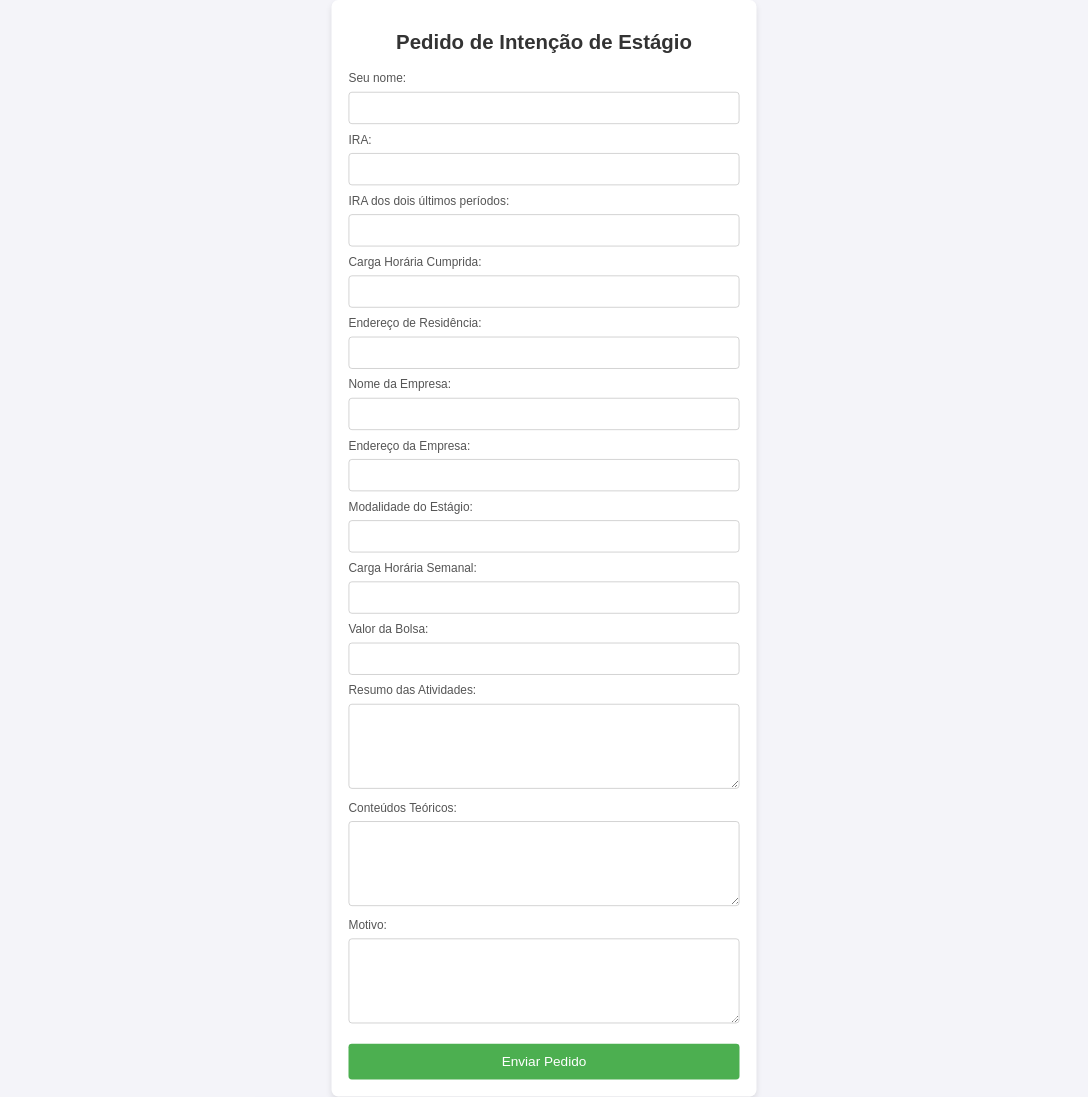
Repository: CronosUchoa/ArqSoft
Page: http://localhost/PedidoIntencaoNovoEstagioRDG/WEB-INF/JSPS/index.jsp
An editor plug-in stored every save of this project. The page is shown before and after the next save, followed by the edit.
The browser window is 1280 px wide. The pictures show the whole page, at 85% of full size.
The page is served by Tomcat 9. Nobody is signed in. The template is opened directly, without the code that normally fills it, so the values that code supplies are empty.

Above is the page before, as saved 2024-11-26 11:36:42.

After the next save:
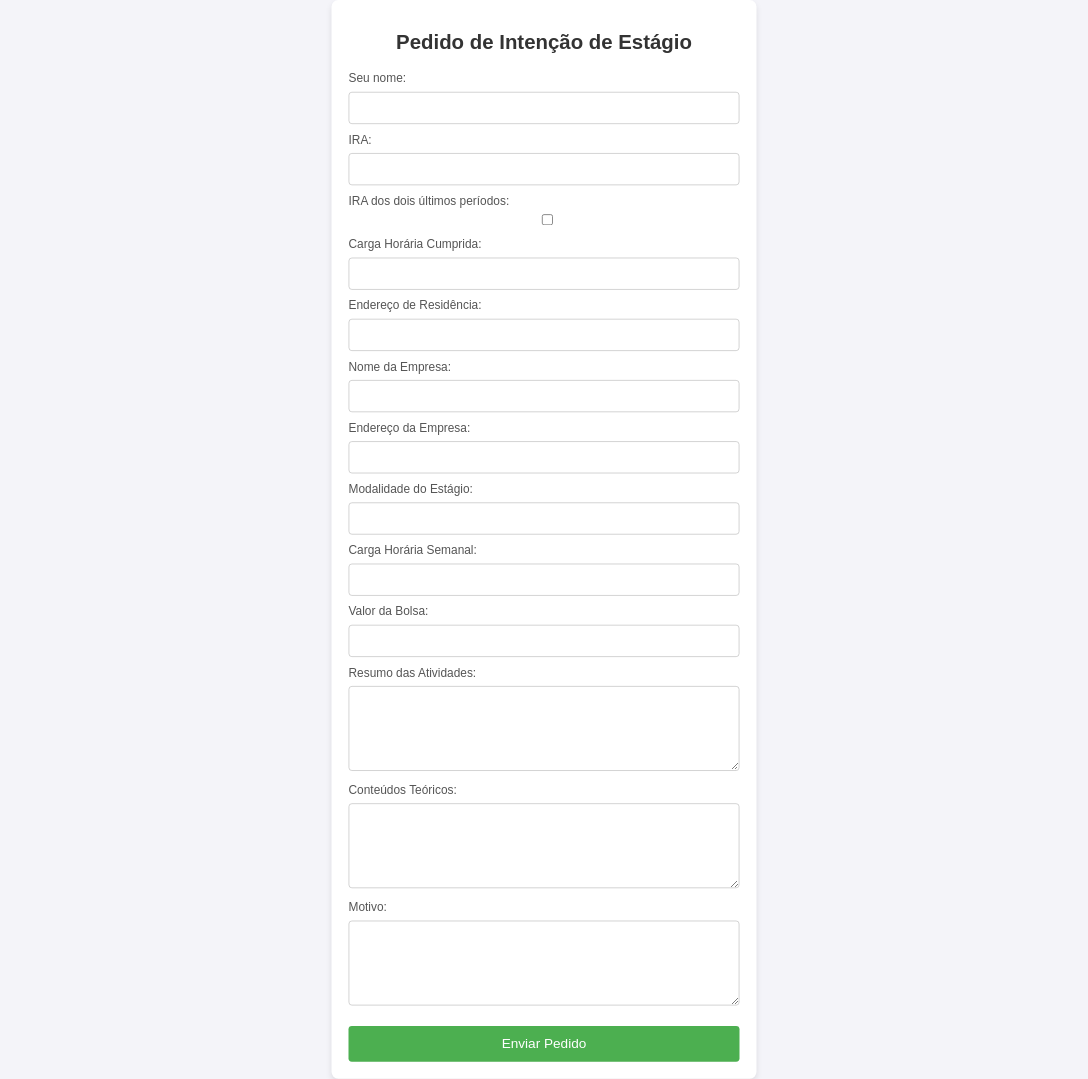
Saved 4 min 17 s later.
--- a/PedidoIntencaoNovoEstagioRDG/src/main/webapp/WEB-INF/JSPS/index.jsp
+++ b/PedidoIntencaoNovoEstagioRDG/src/main/webapp/WEB-INF/JSPS/index.jsp
@@ -72,8 +72,8 @@
         <label for="ira">IRA:</label>
         <input type="number" name="ira" id="ira" required><br>
 
-         <label for="iraUlt">IRA dos dois últimos períodos:</label>
-        <input type="number" name="iraUlt" id="iraUlt" required><br>
+      	<label for="iraUlt">IRA dos dois últimos períodos:</label>
+		<input type="checkbox" name="iraUlt" id="iraUlt"><br>
 
         <label for="cargaHorariaCumprida">Carga Horária Cumprida:</label>
         <input type="number" name="cargaHorariaCumprida" id="cargaHorariaCumprida" required><br>
